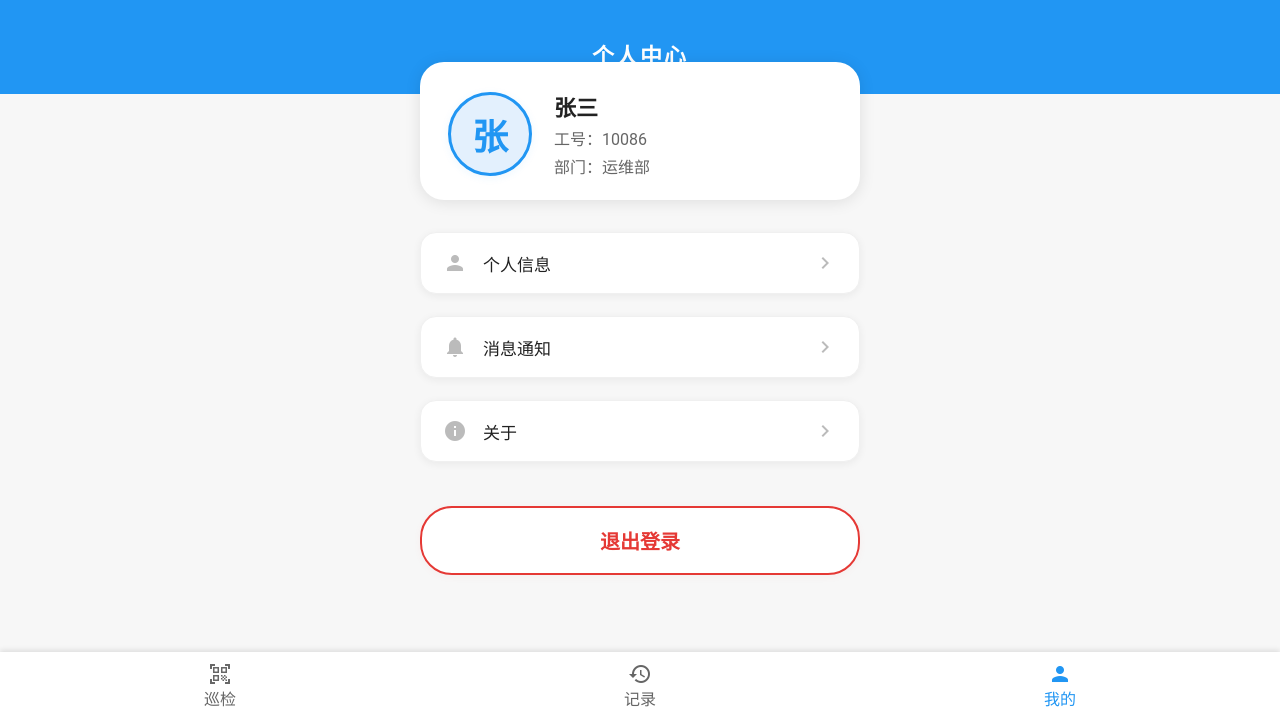
Repository: andyzheung/check-app
Page: UI原型/profile.html
These files come from the project's save history. The page is drawn as it stood at one moment and after the next save; the edit follows.
The browser window is 1280 px wide. The pictures show the whole page.

Above is the page before, as saved 2025-05-11 17:25:11.

After the next save:
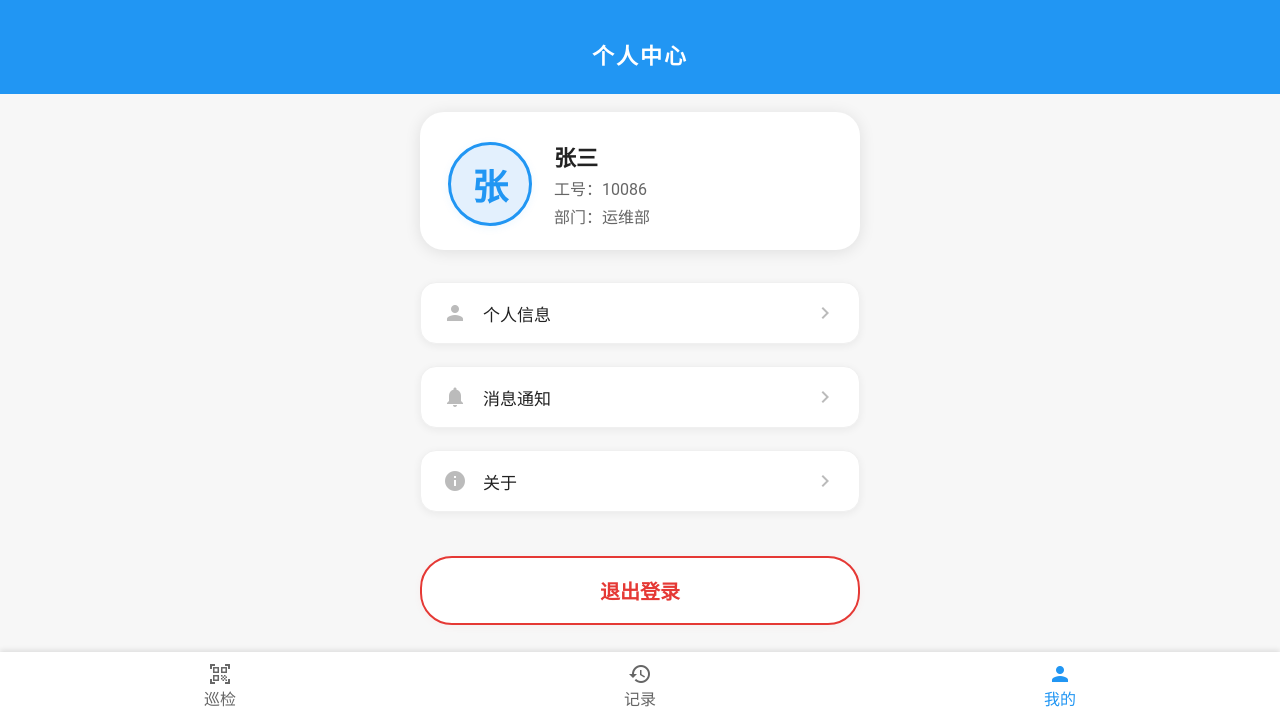
Saved 85 s later.
--- a/UI原型/css/profile.css
+++ b/UI原型/css/profile.css
@@ -19,6 +19,7 @@
     box-sizing: border-box;
     position: relative;
     z-index: 1;
+    margin-bottom: 18px;
 }
 
 .profile-content-wrapper {
@@ -26,7 +27,6 @@
     display: flex;
     flex-direction: column;
     align-items: center;
-    margin-top: -32px;
 }
 
 .profile-card {
